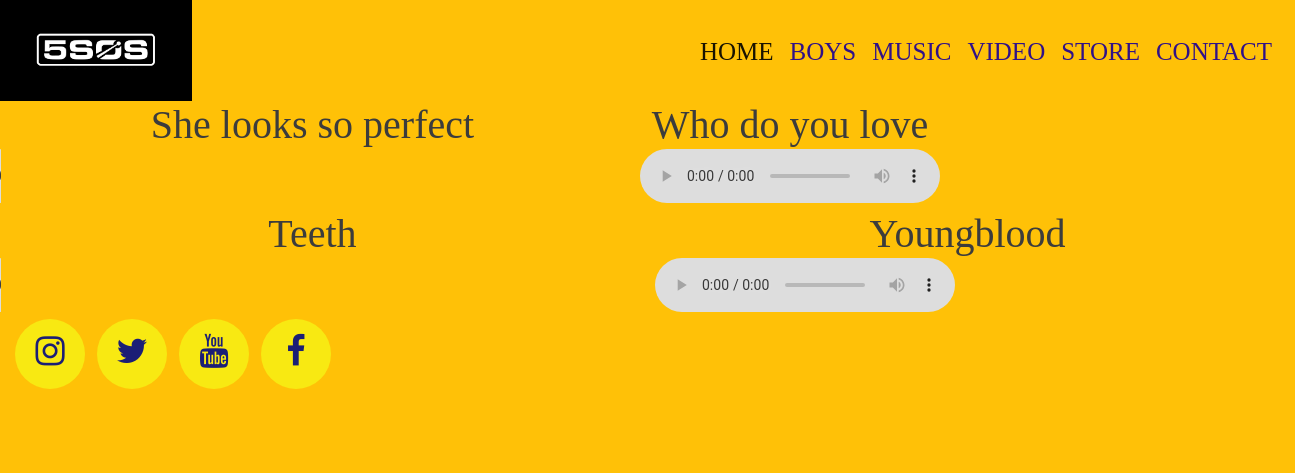
Repository: sun5lower/5SOS
Page: music.html
The author's editor kept a record of every edit. The page is drawn from the files as they stood at one moment, then again after the next edit.
The browser window is 1280 px wide. The page is 1295 px wide, so the pictures cover 1295 px, including what lies to the right of the window. The pictures show the whole page.

Above is the page before.

### music.html
<!DOCTYPE html>
<html lang="en">

<head>
    <meta charset="UTF-8">
    <meta name="viewport" content="width=device-width, initial-scale=1.0">
    <meta http-equiv="X-UA-Compatible" content="ie=edge">
    <link rel="stylesheet" href="https://stackpath.bootstrapcdn.com/bootstrap/4.3.1/css/bootstrap.min.css" type="text/css" />
    <link rel="stylesheet" href="https://stackpath.bootstrapcdn.com/font-awesome/4.7.0/css/font-awesome.min.css" type="text/css" />
    <link rel="stylesheet" href="https://cdnjs.cloudflare.com/ajax/libs/hover.css/2.3.1/css/hover-min.css" type="text/css" />
    <link rel="stylesheet" href="assets/css/style.css" type="text/css" />
    <script src="https://ajax.googleapis.com/ajax/libs/jquery/3.4.1/jquery.min.js"></script>
    <script src="https://maxcdn.bootstrapcdn.com/bootstrap/3.4.0/js/bootstrap.min.js"></script>
    <title>5sos</title>

</head>

<body>

    <!--Navigation-->

    <header class="container-fluid">
        <div class="row no-gutters">
            <div class="col-6 col-md-6">
                <a href=index.html><img src="assets/images/brand5.png" class="navbar-brand"></a>
            </div>
            <nav class="col-4 col-md-6 navbar navbar-expand-md navbar-light bg-dark sticky-top expand-md">
                <button class="navbar-toggler ml-auto" type="button" data-toggle="collapse" data-target="#navbarNavDropdown" aria-controls="navbarNavDropdown" aria-expanded="false" aria-label="Toggle navigation">
                    <span class="navbar-toggler-icon"></span>
                </button>
                <div class="collapse navbar-collapse" id="navbarNavDropdown">
                    <ul class="navbar-nav ml-auto">
                        <li class="nav-item active">
                            <a href="index.html" class="nav-link">HOME</a>
                        </li>
                        <li class="nav-item">
                            <a class="nav-link" href="boys.html">BOYS</a>
                        </li>
                        <li class="nav-item">
                            <a class="nav-link" href="music.html">MUSIC</a>
                        </li>
                        <li class="nav-item">
                            <a class="nav-link" href="video.html">VIDEO</a>
                        </li>
                        <li class="nav-item">
                            <a class="nav-link" href="store.html">STORE</a>
                        </li>
                        <li class="nav-item">
                            <a class="nav-link" href="contact.html">CONTACT</a>
                        </li>

                    </ul>
                </div>
            </nav>
        </div>
    </header>


    <!--Audio files-->
    <section>
        <div class="container-fluid audio">
            <div class="row music ">
                <div class="col-md-6 col-sm-12 ">
                    <h1 class="title">She looks so perfect</h1>
                    <audio controls>
        <source src="assets/she-looks-so-perfect.mp3" type="audio/ogg">
 </audio>
                </div>
                <div class="col-md-6col-sm-12 ">
                    <h1 class="title">Who do you love</h1>
                    <audio controls>
        <h1 class="title">Youngblood</h1>
  <source src="assets/who-do-you-love.mp3" type="audio/ogg">

 </audio>
                </div>
                <div class="col-md-6 col-sm-12 ">
                    <h1 class="title">Teeth</h1>
                    <audio controls>
        <h1 class="title"> Youngblood</h1>
  <source src="assets/teeth.mp3" type="audio/ogg">
 </audio>
                </div>
                <div class="col-md-6 col-sm-12 ">
                    <h1 class="title">Youngblood</h1>
                    <audio controls>
        <source src="assets/youngblood.mp3" type="audio/ogg">
 </audio>
                </div>
</section>



    <div class="col-sm-4">

        <ul class="list-inline social-links">
            <li class="list-inline-item">
                <a target="_blank" href="https://www.instagram.com/5sos/">
                            <i class="fa fa-instagram" aria-hidden="true"></i>
                            <span class="sr-only">Instagram</span>
                        </a>
            </li>


            <li class="list-inline-item">
                <a target="_blank" href="#">
                            <i class="fa fa-twitter" aria-hidden="true"></i>
                            <span class="sr-only">Twitter</span>
                        </a>
            </li>

            <li class="list-inline-item">
                <a target="_blank" href="https://www.youtube.com/channel/UC-vKwDHcbPLtjml81ohGRng">
                            <i class="fa fa-youtube" aria-hidden="true"></i>
                            <span class="sr-only">YouTube</span>
                        </a>
            </li>
            <li class="list-inline-item">
                <a target="_blank" href="https://www.facebook.com/176437022408772/photos/2660836317302151/">
                            <i class="fa fa-facebook" aria-hidden="true"></i>
                            <span class="sr-only">Facebook</span>
                        </a>
            </li>
        </ul>

    </div>
    </div>
    </div>
    </div>


</body>

</html>

### assets/css/style.css
@import url('https://fonts.googleapis.com/css?family=Indie+Flower: 100,200,300,400,500,600,700,800');

/*----------------------------------------------------------Colors */



.uppercase {
    color: #8B1616;
}

.h1.display-2 {
    padding: 0;
    color: #F6EF12;
}

h1,h2,h3,h4 {
    margin: 0;
    text-align: center;
}

h3 {
   color: #F4570B;
   float: left;
}

body {
   background-color: #ffc107;
   font-family: Permanent marker;

}
.display-4 {
    color: #000000;
    text-transform: uppercase;
    font-family: Permanent marker;
    text-align: center;
}


.bg-dark {
    background-color: #ffc107!important;
}

.container-fluid {
    padding :0;
    margin: 0;
}

div.container-fluid.card {
    padding: 0;
    margin: 0;
}


/*----------------------------------------------------------Navbar  */

img.navbar-brand {
    padding: 0;
}

.a {
    font-size: 45px;
    color: #F4570B;
    text-decoration: none;
}



.navbar-brand {
   padding:  20;
   margin: 0;
   max-width: 30%;
   background-size: auto;
  background-position: center;
}

.navbar-light .navbar-nav .nav-link {
    color: #301188;
    font-family: Permanent Marker;
    font-size:25px;
}

.nav-item {
    height: 75px;
    text-align: center;
    padding: 0;
}

a.nav-link {
    font-weight: 500;
    color: #F6EF12;
    padding: 20px;
}


/* ---------------------------------------------------Hover.css */





/* ---------------------------------------------------Carousel */

.carousel-inner img {
    width: 100%;
    height: 100%;
}
#myCarousel {
    margin:0;
    padding: 0;
}
.carousel-item {
    position: relative;
    margin-right: -100%;
    width: 100%;
}

  /* ---------------------------------------------------Boys page */

img.card-img-top {
    background-color: #ffc107;
    size: auto;
    margin-top: 0;

}

.card {
    background-color: #ffc107;
    border-color: transparent;
    text-transform: capitalize;
    font-size: 28px;
    color: #1B1E76;

}

h4.card.title {
    font: bold;
    }

p.card-text {
    font-size: 20px;
}



/* ---------------------------------------------------Jumbotron */

.row.jumbotron {
    text-transform: capitalize;
    font-size: 25px;
    color: #1B1E76;
    background-color: #ffc107;
    font-family: cute font;
    text-align: center;
    margin-left: 40px;
    position: relative;
}


/* ---------------------------------------------------Footer */




 .social-links li a i {
    width: 70px;
    height: 70px;
    padding: 30px 0;
    border-radius: 100%;
    font-size: 34px;
    line-height: 4px;
    text-align: center;
    color: #1B1E76;
    background: #F8E912;
    transition:  0.35s ease-in-out;
    -moz-transition: all 0.35s ease-in-out;
    -webkit-transition: all 0.35s ease-in-out;
    -o-transition: all 0.35s ease-in-out;
}

.social-links li a i:hover {
    background: #C0C0C0;

}
.social {
    padding-bottom: 40px;
    padding-top: 45px;
}

/* ---------------------------------------------------Video */




.videoFrame {
  width:100%;
}

.videoFrame iframe{
   margin: 0 auto;
   display: block;
   width: 560px;
}
/* ---------------------------------------------------Audio */

.audio-file {
    text-align: center;
    margin: auto;
    color: #1B1E76;
}

.audio {
   filter: sepia(20%) saturate(70%) grayscale(1) contrast(99%) invert(12%);

}

body
* {box-sizing: border-box;}

input[type=text], select, textarea {
  width: 100%;
  padding: 12px;
  border: 1px solid #ccc;
  border-radius: 4px;
  box-sizing: border-box;
  margin-top: 6px;
  margin-bottom: 16px;
  resize: vertical;
}

input[type=submit] {
  background-color:  #ffc107;
  color: white;
  padding: 12px 20px;
  border: none;
  border-radius: 4px;
  cursor: pointer;
}

input[type=submit]:hover {
  background-color: #45a049;
}

.container {
  border-radius: 5px;
  background-color:  #ffc107;
  padding: 0;
}

After the next edit:
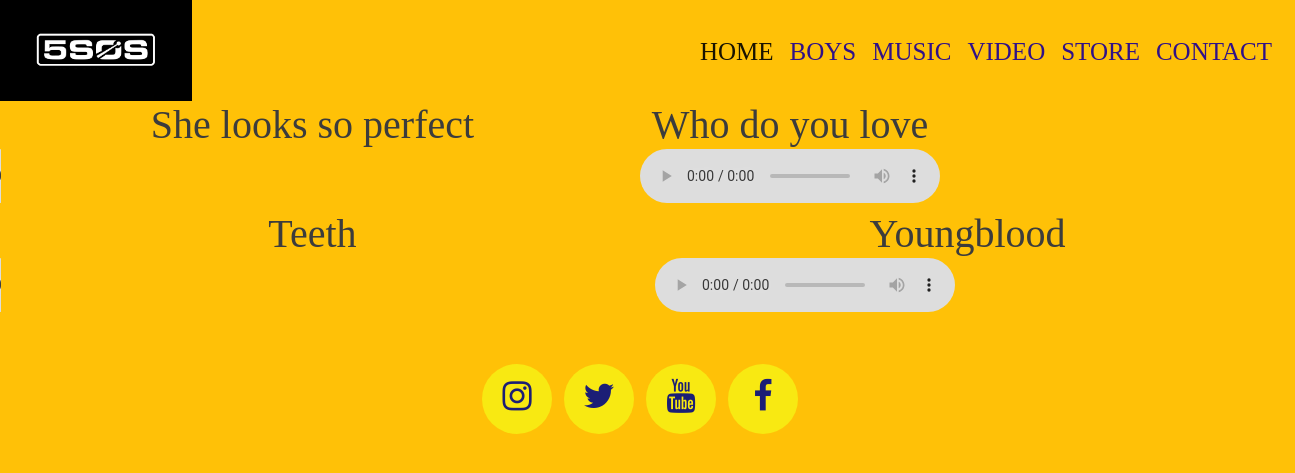
The edit:
--- a/music.html
+++ b/music.html
@@ -91,11 +91,27 @@
 
 
 
+     <div class="container-fluid padding">
+        <div class="row text-center padding">
+            <div class="col-12 ">
+
+            </div>
+            <div class="col-12 social padding">
+                <a href="#"><i class="fab fa-instagram></i></a>
+                <a href="#"><i class="fab fa-twitter></i></a>
+                <a href="#"><i class="fab fa-youtube></i></a>
+                <a href="#"><i class="fab fa-facebook></i></a>
+            </div>
+        </div>
+    </div>
+
+
+    <!--Footer-->
     <div class="col-sm-4">
 
         <ul class="list-inline social-links">
             <li class="list-inline-item">
-                <a target="_blank" href="https://www.instagram.com/5sos/">
+                <a target="_blank" href="#">
                             <i class="fa fa-instagram" aria-hidden="true"></i>
                             <span class="sr-only">Instagram</span>
                         </a>
@@ -110,13 +126,13 @@
             </li>
 
             <li class="list-inline-item">
-                <a target="_blank" href="https://www.youtube.com/channel/UC-vKwDHcbPLtjml81ohGRng">
+                <a target="_blank" href="#">
                             <i class="fa fa-youtube" aria-hidden="true"></i>
                             <span class="sr-only">YouTube</span>
                         </a>
             </li>
             <li class="list-inline-item">
-                <a target="_blank" href="https://www.facebook.com/176437022408772/photos/2660836317302151/">
+                <a target="_blank" href="#">
                             <i class="fa fa-facebook" aria-hidden="true"></i>
                             <span class="sr-only">Facebook</span>
                         </a>
@@ -127,8 +143,6 @@
     </div>
     </div>
     </div>
-
-
 </body>
 
 </html>
